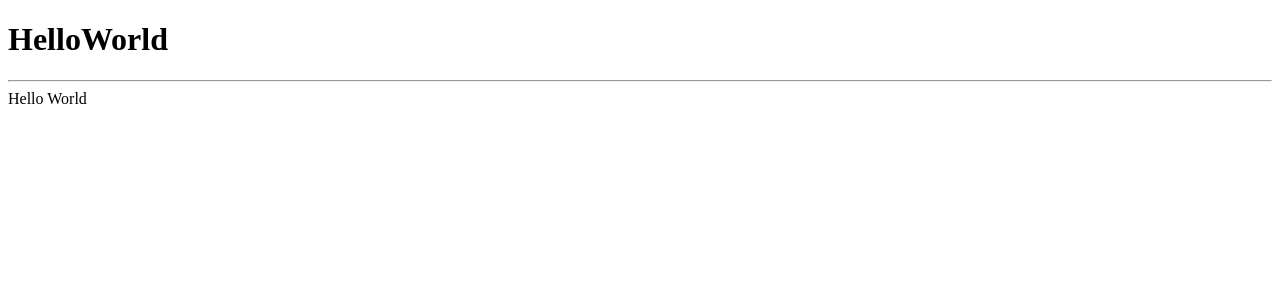
Repository: 13982720426/vue2.0-LearningNotes
Page: example/watch.html
These files come from the project's save history. The page is drawn as it stood at one moment and after the next save; the edit follows.
The browser window is 1280 px wide. The pictures show the whole page.

Above is the page before, as saved 2021-06-25 21:01:05.

After the next save:
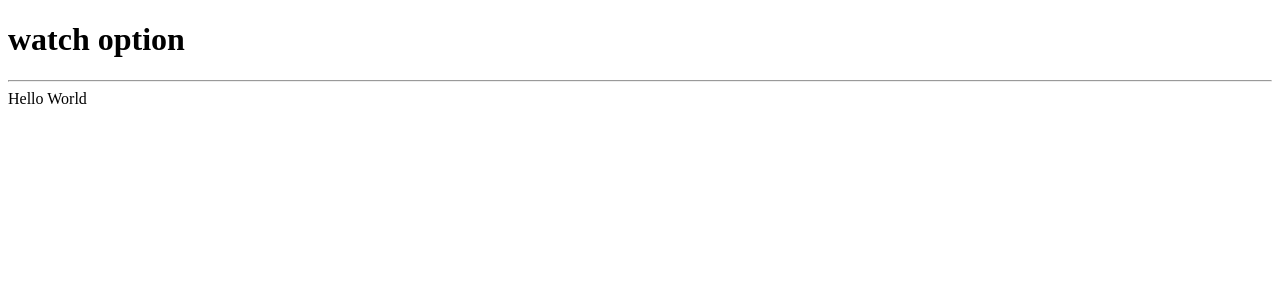
Saved 64 s later.
--- a/example/watch.html
+++ b/example/watch.html
@@ -4,11 +4,11 @@
     <meta charset="UTF-8" />
     <meta http-equiv="X-UA-Compatible" content="IE=edge" />
     <meta name="viewport" content="width=device-width, initial-scale=1.0" />
-    <title>HelloWord</title>
+    <title>watch option</title>
     <script type="text/javascript" src="../assets/js/vue.js"></script>
   </head>
   <body>
-    <h1>HelloWorld</h1>
+    <h1>watch option</h1>
     <hr />
     <div id="app">{{message}}</div>
     <script type="text/javascript">
